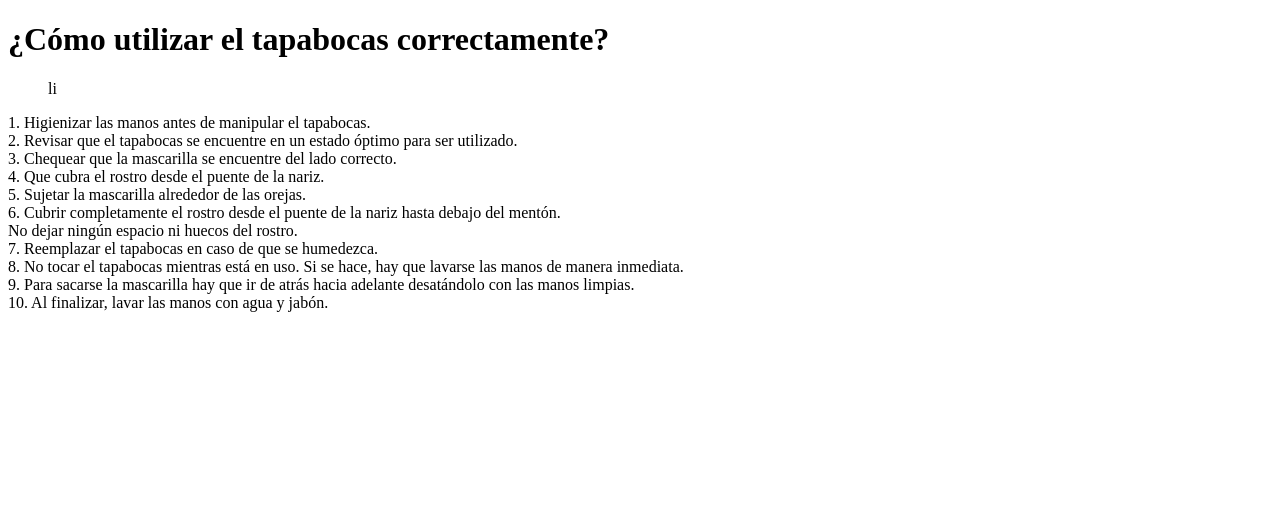
Repository: gustavomanfre/Curso_Front_End_Digitalers
Page: Unidad1/M1 - Laboratorio_01/index.html
The author's editor kept a copy of each file at every save. The page is drawn from the files as they stood at one save, then again after the next save.
The browser window is 1280 px wide. The pictures show the whole page.

Above is the page before, as saved 2022-05-25 18:20:58.

After the next save:
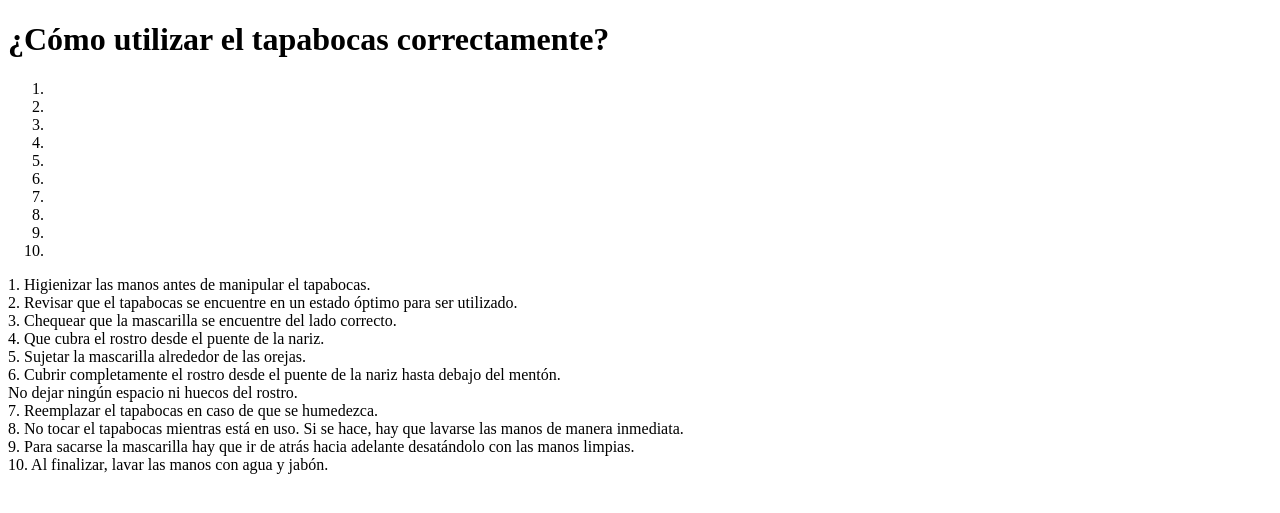
Saved 4 s later.
--- a/Unidad1/M1 - Laboratorio_01/index.html
+++ b/Unidad1/M1 - Laboratorio_01/index.html
@@ -11,7 +11,16 @@
 
     <p>
         <ol>
-            li
+            <li></li>
+            <li></li>
+            <li></li>
+            <li></li>
+            <li></li>
+            <li></li>
+            <li></li>
+            <li></li>
+            <li></li>
+            <li></li>
         </ol>
 
         1. Higienizar las manos antes de manipular el tapabocas.<br>
